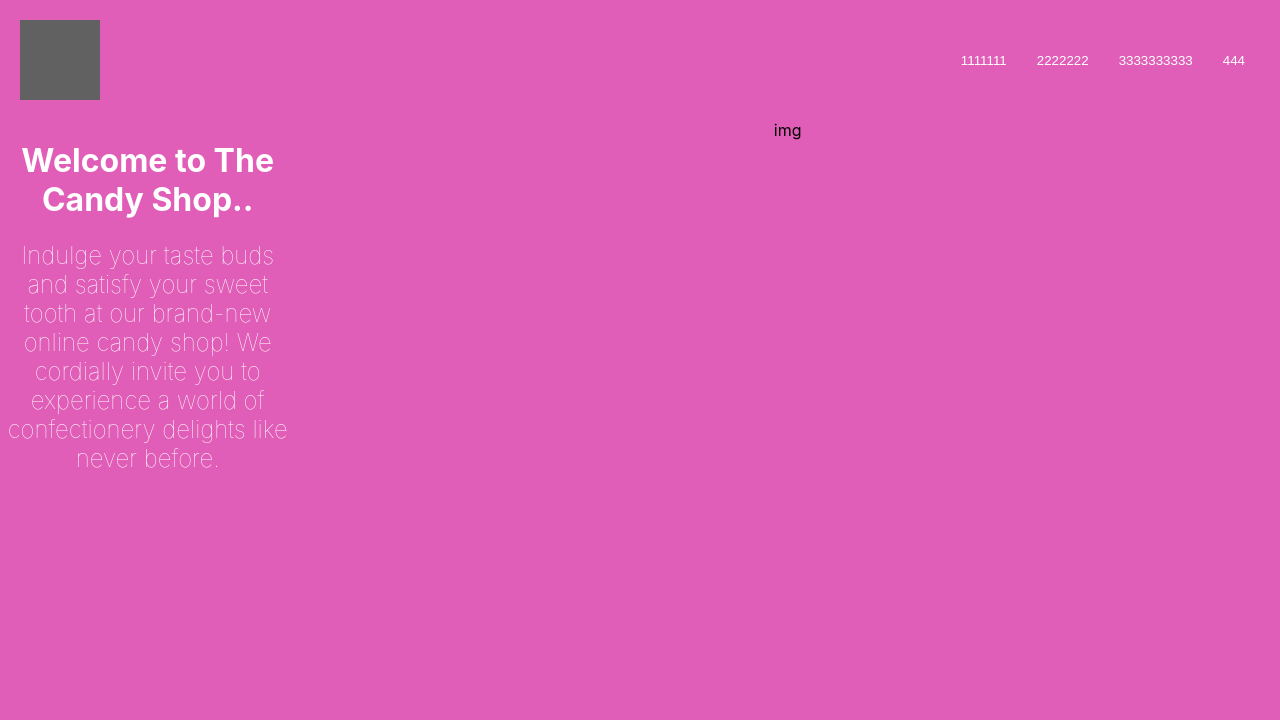
Repository: nika-otter/CandyShop
Page: /
An editor plug-in stored every save of this project. The page is shown before and after the next save, followed by the edit.
The browser window is 1280 px wide. The pictures show the whole page.
Pictures or frames that could not be fetched are drawn as grey boxes. An inner scrolling area shows only its first screen. The project was rebuilt for these pictures with package versions that can differ from the ones it lists, and the page was loaded fresh each time.

Above is the page before, as saved 2023-06-10 16:52:31.

### src/App.js
import "./App.css";
import Main from "./Pages/Main";

function App() {
  return (
    <div className="App">
      <Main />
    </div>
  );
}

export default App;

### src/App.css
.App {
  text-align: center;
  /* scrollbar-width: none; */
}

.App-logo {
  height: 40vmin;
  pointer-events: none;
}

@media (prefers-reduced-motion: no-preference) {
  .App-logo {
    animation: App-logo-spin infinite 20s linear;
  }
}

.App-header {
  background-color: #282c34;
  min-height: 100vh;
  display: flex;
  flex-direction: column;
  align-items: center;
  justify-content: center;
  font-size: calc(10px + 2vmin);
  color: white;
}

.App-link {
  color: #61dafb;
}

@keyframes App-logo-spin {
  from {
    transform: rotate(0deg);
  }
  to {
    transform: rotate(360deg);
  }
}

### src/Pages/Main.jsx
import Cupcake from "../components/Cupcake";
import Map from "../components/Map";
import Reviews from "../components/Reviews";
import We from "../components/We";
import WhatWeDo from "../components/WhatWeDo";
import classes from "./Main.module.scss";

function Main() {
  return (
    <div className={classes.container}>
      <Cupcake />
      <We />
      <WhatWeDo />
      <Reviews />
      <Map />
    </div>
  );
}

export default Main;

### src/components/Cupcake.jsx
import classes from "./Cupcake.module.scss";
import Nav from "./Nav";
function Cupcake() {
  return (
    <div className={classes.container}>
      <Nav />
      <div className={classes.content}>
        <div className={classes.info}>
          <h1 className={classes.cupcake__title}>
            Welcome to The Candy Shop..
          </h1>
          <h2 className={classes.cupcake__subtitle}>
            Indulge your taste buds and satisfy your sweet tooth at our
            brand-new online candy shop! We cordially invite you to experience a
            world of confectionery delights like never before.
          </h2>
        </div>
        <div className={classes.cupcake}>img</div>
      </div>
    </div>
  );
}

export default Cupcake;

### src/components/Map.jsx
import classes from "./Map.module.scss";
function Map() {
  return <div className={classes.container}></div>;
}

export default Map;

### src/components/Reviews.jsx
import classes from "./Reviews.module.scss";
function Reviews() {
  return <div className={classes.container}>Reviews</div>;
}

export default Reviews;

### src/components/We.jsx
import classes from "./We.module.scss";
function We() {
  return <div className={classes.container}>We</div>;
}

export default We;

### src/components/WhatWeDo.jsx
import classes from "./WhatWeDo.module.scss";
function WhatWeDo() {
  return <div className={classes.container}>WhatWeDo</div>;
}

export default WhatWeDo;

### src/Pages/Main.module.scss
.container {
  height: 100vh;
  background-color: pink;
  scroll-snap-type: y mandatory;
  scroll-behavior: smooth;
  overflow-y: auto;
  scrollbar-width: none;
  &::-webkit-scrollbar {
    display: none;
  }
}

### src/components/Cupcake.module.scss
.container {
  height: 100vh;
  background-color: rgb(224, 94, 183);
  scroll-snap-align: center;
}
.content {
  display: flex;
  justify-content: space-between;
}
.cupcake__title {
  //   font-size: large;
  color: white;
}
.cupcake__subtitle {
  color: white;
  font-weight: 100;
}
.cupcake {
  width: 500vw;
}

### src/components/Nav.jsx
import classes from "./Nav.module.scss";
function Nav() {
  return (
    <nav className={classes.container}>
      <img
        src="https://cdn-icons-png.flaticon.com/512/1888/1888765.png"
        alt=""
      />
      <div>
        {" "}
        <button>1111111</button>
        <button>2222222</button>
        <button>3333333333</button>
        <button>444</button>
      </div>
    </nav>
  );
}

export default Nav;

### src/components/Map.module.scss
.container {
  height: 100vh;
  background-color: rgb(205, 127, 140);
  scroll-snap-align: center;
}

### src/components/Reviews.module.scss
.container {
  height: 100vh;
  background-color: pink;
  scroll-snap-align: center;
}

### src/components/We.module.scss
.container {
  height: 100vh;
  background-color: rgb(209, 183, 188);
  scroll-snap-align: center;
}

### src/components/WhatWeDo.module.scss
.container {
  height: 100vh;
  background-color: rgb(171, 116, 125);
  scroll-snap-align: center;
}

### src/components/Nav.module.scss
.container {
  display: flex;
  justify-content: space-between;
  padding: 20px;
  max-width: 1400px;
  align-items: center;
  img {
    width: 80px;
    height: 80px;
    filter: invert(100%);
  }
  button {
    background-color: transparent;
    border: none;
    cursor: pointer;
    padding: 5px;
    margin: 10px;
    color: white;
    &:hover {
      background-color: #f5f5f530;
      border-radius: 5px;
    }
  }
}

Loaded but not shown: public/index.html (common file); src/index.js (common file); src/index.css (common file)

After the next save:
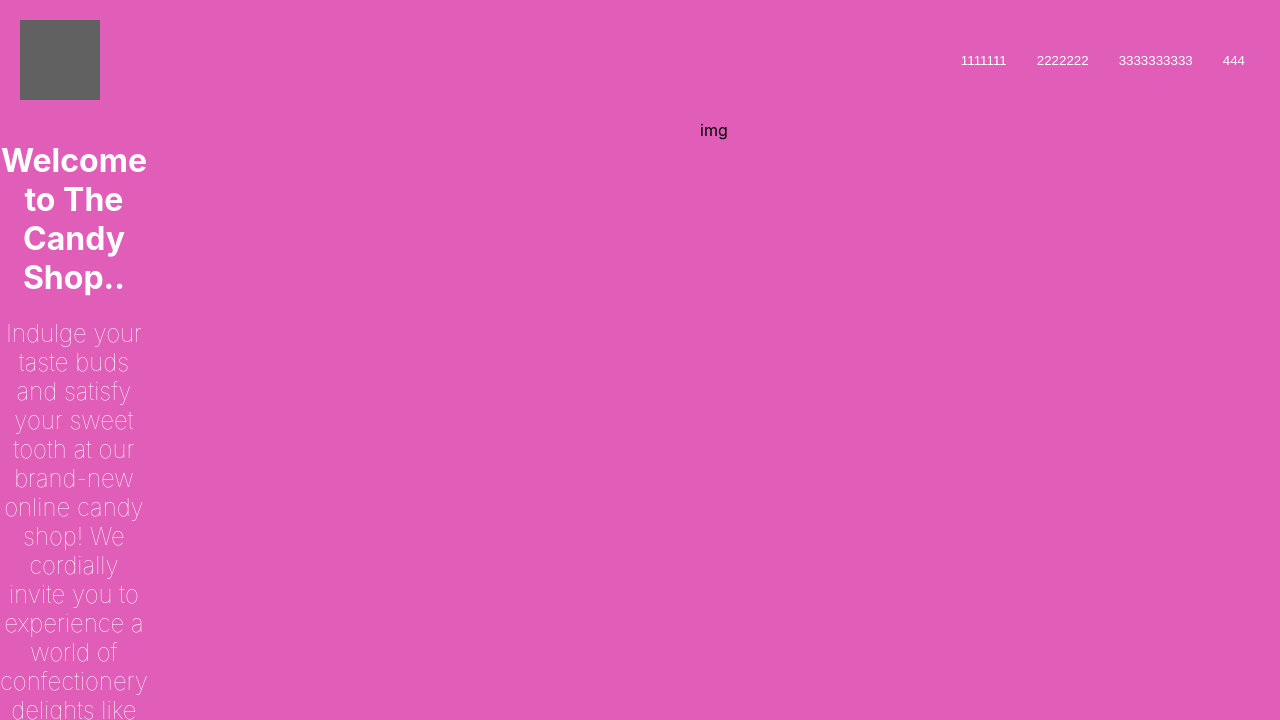
Saved 62 s later.
--- a/src/components/Cupcake.module.scss
+++ b/src/components/Cupcake.module.scss
@@ -6,6 +6,9 @@
 .content {
   display: flex;
   justify-content: space-between;
+}
+.info {
+  width: 200px;
 }
 .cupcake__title {
   //   font-size: large;
